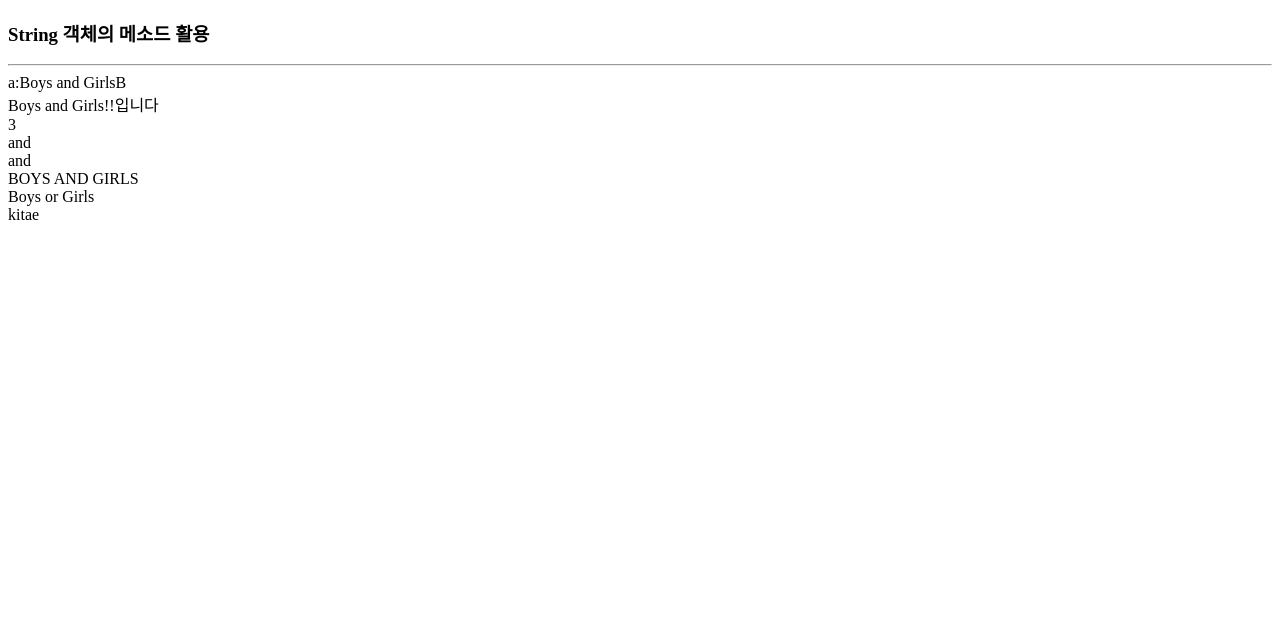
Repository: luna2222/web
Page: 02.JavaScript/WebContent/chap2/02_07String.html
The author's editor kept a copy of each file at every save. The page is drawn from the files as they stood at one save, then again after the next save.
The browser window is 1280 px wide. The pictures show the whole page.

Above is the page before, as saved 2019-02-22 06:19:26.
Console error: TypeError: a.splilt is not a function

### 02.JavaScript/WebContent/chap2/02_07String.html
<!DOCTYPE html>
<html>
<head>
<meta charset="UTF-8">
<title>String 객체의 메소드 활용</title>
</head>
<body>
	<h3> String 객체의 메소드 활용</h3>
	<hr>
	<script >
	  var a =new String("Boys and Girls");
	  var b="!!";
	  document.write("a:"+a+ "<br");
	  document.write("b: "+b+"<br>");

	  document.write(a.charAt(0)+"<br>" );
	  document.write(a.concat(b,"입니다")+"<br> ");
	  document.write(a.indexOf("s")+"<br> ");
	  document.write(a.slice(5,8)+"<br> ");
	  document.write(a.substr(5,3)+"<br> ");
	  document.write(a.toUpperCase()+"<br> ");
	  document.write(a.replace("and","or")+"<br> ");
	  document.write("  kitae ".trim()+"<br><br> ")
	  var sub= a.splilt("");
	  document.write(" a를  빈칸으로 분리<br>");
	   	 for (var i=0; i<sub.length; i++)
	   		 document.write("sub "+i+"="+sub[i]+"<br>");

	  document.write("<hr>String 메소드를 실행후a 와 b변함 없음<br> ");
	  document.write("a:"+a+"<br>");
	  document.write("b: "+b+"<br>");
	</script>

</body>
</html>

After the next save:
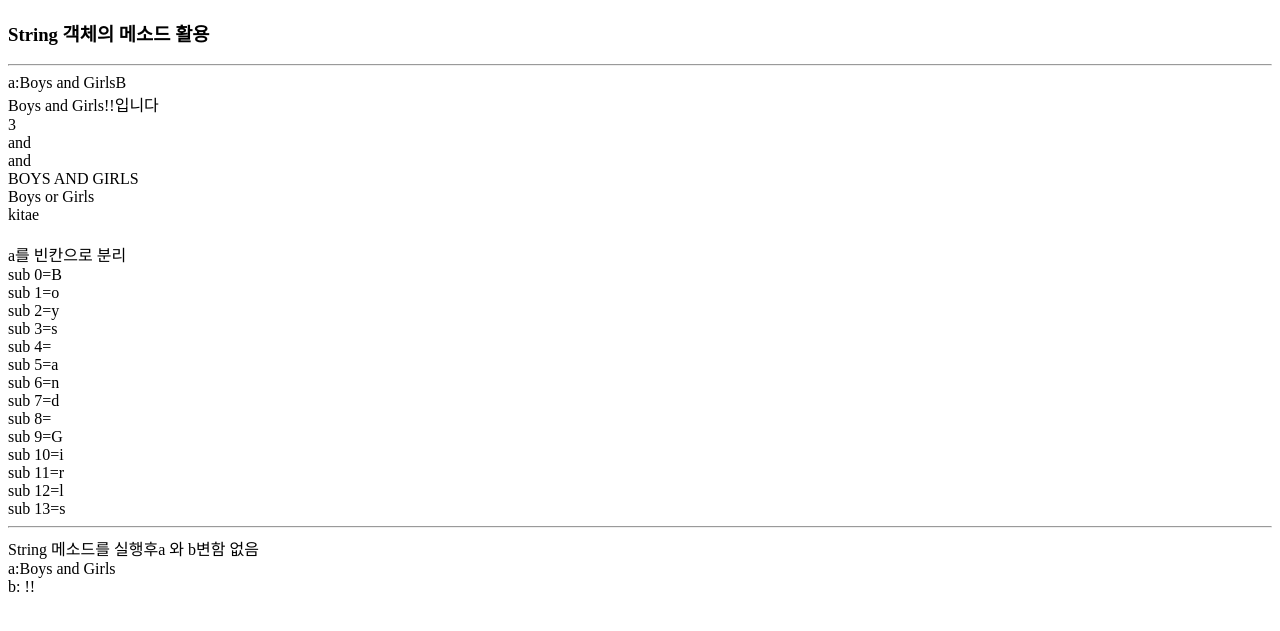
The error is gone.
Saved 37 s later.
--- a/02.JavaScript/WebContent/chap2/02_07String.html
+++ b/02.JavaScript/WebContent/chap2/02_07String.html
@@ -21,7 +21,7 @@
 	  document.write(a.toUpperCase()+"<br> ");
 	  document.write(a.replace("and","or")+"<br> ");
 	  document.write("  kitae ".trim()+"<br><br> ")
-	  var sub= a.splilt("");
+	  var sub= a.split("");
 	  document.write(" a를  빈칸으로 분리<br>");
 	   	 for (var i=0; i<sub.length; i++)
 	   		 document.write("sub "+i+"="+sub[i]+"<br>");
